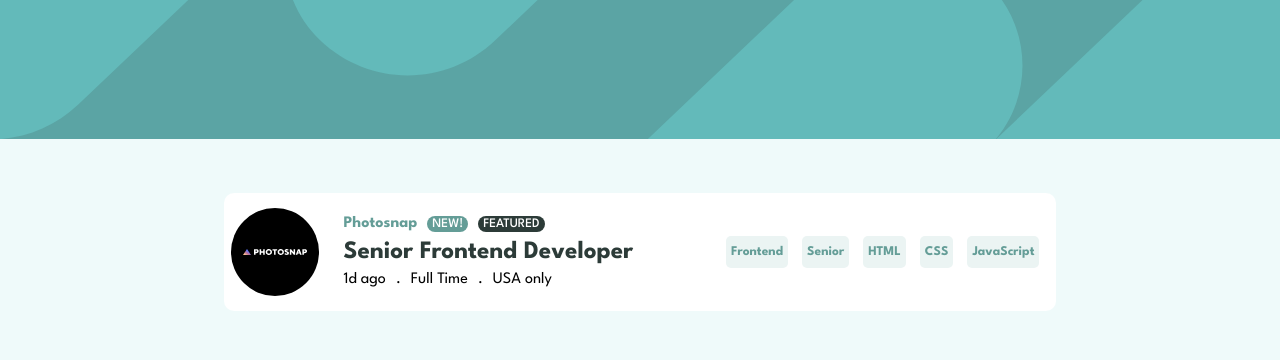
Repository: Eldream12/JobListing
Page: index.html
The author's editor kept a copy of each file at every save. The page is drawn from the files as they stood at one save, then again after a run of saves.
The browser window is 1280 px wide. The pictures show the whole page.

Above is the page before, as saved 2025-03-31 21:16:06.

### index.html
<!DOCTYPE html>
<html lang="en">
	<head>
		<meta charset="UTF-8" />
		<meta name="viewport" content="width=device-width, initial-scale=1.0" />
		<title>Job Listing</title>
		<link rel="stylesheet" href="style/style.css" />
	</head>

	<body>
		<header>
			<div>
				<img src="Images/bg-header-desktop.svg" alt="NavHeader" />
			</div>
		</header>

		<main>
			<div class="content-carrier">
				<div class="content">
					<div class="ctn">
						<img src="Images/photosnap.svg" alt="photosnap" />
						<div class="content-text">
							<div class="txt-1">
								<h4>Photosnap</h4>
								<div class="btn-1">
									<button>NEW!</button>
								</div>
								<div class="btn-2">
									<button>FEATURED</button>
								</div>
							</div>
							<div class="txt-2">
								<h2>Senior Frontend Developer</h2>
							</div>
							<div class="txt-3">
								<p>1d ago</p>
								<p>.</p>
								<p>Full Time</p>
								<p>.</p>
								<p>USA only</p>
							</div>
						</div>
					</div>

					<div class="btn">
						<button>Frontend</button>
						<button>Senior</button>
						<button>HTML</button>
						<button>CSS</button>
						<button>JavaScript</button>
					</div>
				</div>
			</div>
		</main>
		<footer></footer>
	</body>
</html>

### style/style.css
@import url("https://fonts.googleapis.com/css2?family=League+Spartan:wght@100..900&display=swap");

* {
	font-family: League Spartan;
	margin: 0;
	padding: 0;
	box-sizing: border-box;
}

html body {
	background-color: hsl(180, 52%, 96%);
}

header img {
	width: 100%;
	background-color: hsl(180, 29%, 50%);
	margin-bottom: 50px;
}

.content-carrier .content {
	display: flex;
	background-color: #ffffff;
	align-items: center;
	justify-content: space-around;
	max-width: 65%;
	margin: auto;
	padding: 15px 5px 15px 5px;
	gap: 90px;
	border-radius: 10px;
	box-shadow: #2c3b38;
}

.content-carrier .content .txt-1 {
	display: flex;
}

.content-carrier .content .txt-3 {
	display: flex;
}

.content-carrier .content .ctn {
	display: flex;
	align-items: center;
}

.content .ctn img {
	margin-right: 25px;
}

.content .btn button {
	background-color: #ebf4f3;
	border: none;
	padding: 10px 5px 10px 5px;
	border-radius: 5px;
	color: #649d97;
	font-weight: 700;
	margin-right: 10px;
}

.content .txt-1 h4 {
	color: #649d97;
}

.content .txt-1 .btn-1 button {
	background-color: #649d97;
}

.content .txt-1 .btn-2 button {
	background-color: #2c3b38;
}

.content .txt-1 button {
	font-size: 13px;
	font-weight: 500;
	color: #ffffff;
	border: none;
	padding: 2px 5px 2px 5px;
	border-radius: 10px;
	margin-left: 10px;
}

.content .txt-2 h2 {
	margin: 8px 0 8px 0;
	font-size: 25px;
	color: #2c3b38;
}

.content .txt-3 p {
	margin-right: 10px;
}

After the next 3 saves:
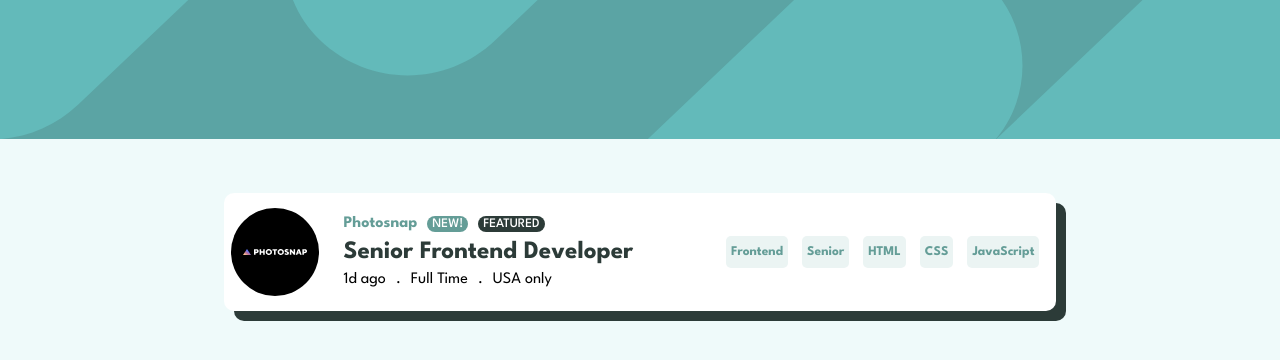
The 3 saves are shown as one change because they came seconds apart.
The last was saved 11 s later.
--- a/style/style.css
+++ b/style/style.css
@@ -27,7 +27,7 @@ header img {
 	padding: 15px 5px 15px 5px;
 	gap: 90px;
 	border-radius: 10px;
-	box-shadow: #2c3b38;
+	box-shadow: #2c3b38 10px 10px;
 }
 
 .content-carrier .content .txt-1 {
